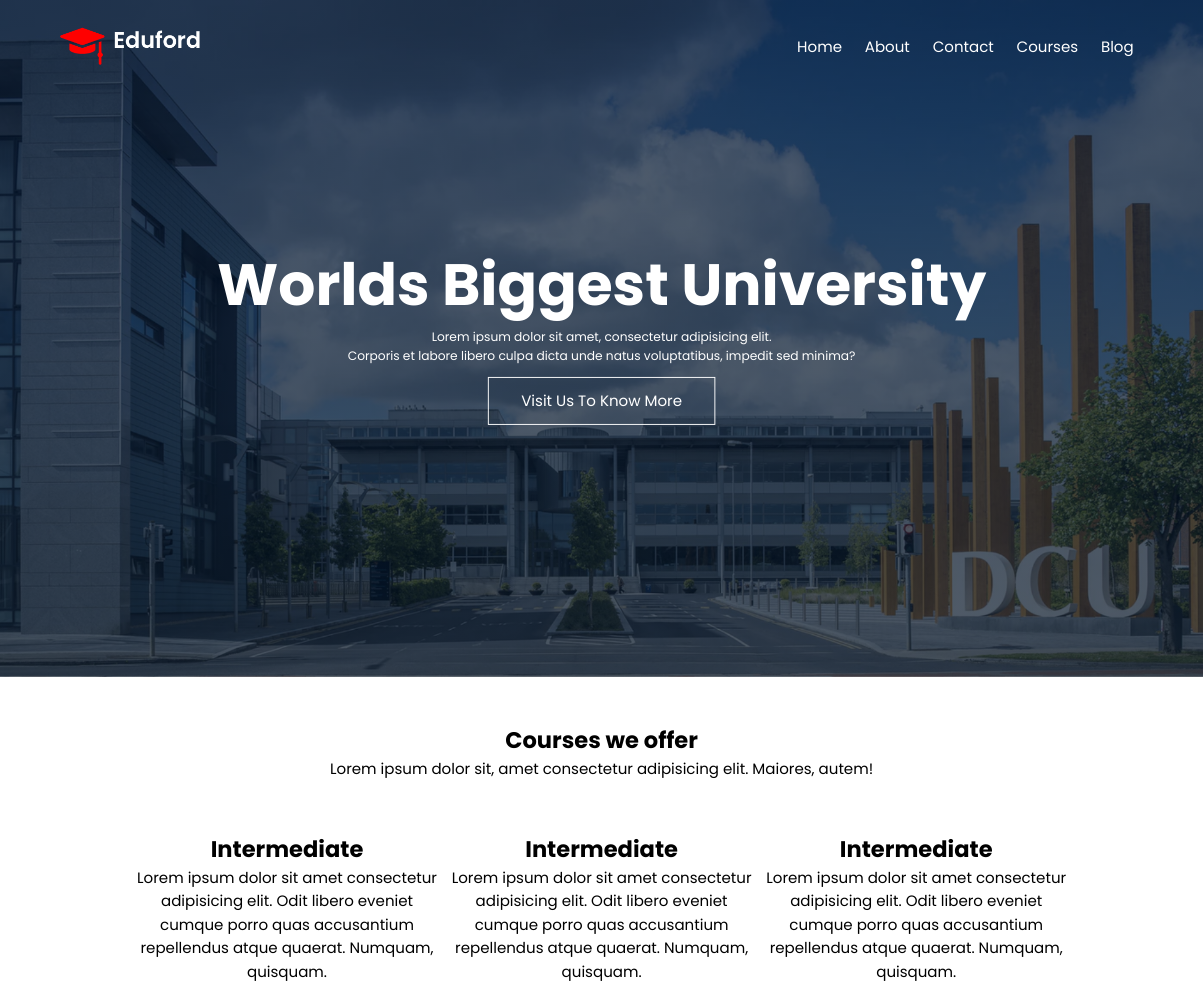
Repository: yashrajverma/Practise
Page: index.html
These files come from the project's save history. The page is drawn as it stood at one moment and after a run of saves; the edit follows.
The browser window is 1280 px wide. The pictures show the whole page, at 94% of full size.

Above is the page before, as saved 2021-04-27 12:02:04.

### index.html
<!DOCTYPE html>
<html lang="en">
  <head>
    <meta charset="UTF-8" />
    <meta name="viewport" content="width=device-width, initial-scale=1.0" />
    <title>Website</title>
    <link rel="stylesheet" href="style.css" />
    <link rel="preconnect" href="https://fonts.gstatic.com">
<link href="https://fonts.googleapis.com/css2?family=Poppins:ital,wght@0,100;0,400;0,600;0,700;1,500&display=swap" rel="stylesheet">
<link rel="stylesheet" href="https://cdn.jsdelivr.net/npm/@fortawesome/fontawesome-free@5.15.3/css/fontawesome.min.css" integrity="sha384-wESLQ85D6gbsF459vf1CiZ2+rr+CsxRY0RpiF1tLlQpDnAgg6rwdsUF1+Ics2bni" crossorigin="anonymous">
<link rel="stylesheet" href="https://cdnjs.cloudflare.com/ajax/libs/font-awesome/5.15.3/css/all.min.css" integrity="sha512-iBBXm8fW90+nuLcSKlbmrPcLa0OT92xO1BIsZ+ywDWZCvqsWgccV3gFoRBv0z+8dLJgyAHIhR35VZc2oM/gI1w==" crossorigin="anonymous" />

</head>
  <body>
    <section class="header">
        <nav>
         <a href="index.html"><img src="eduford_img/logo.png" alt="logo" class="nav-img"/></a>
          <div class="nav-links" id="navLinks">
            <i class="fa fa-times-circle" aria-hidden="true" onclick="hideMenu()"></i>
             <ul>
            <li><a href="#">Home</a></li>
            <li><a href="#">About</a></li>
            <li><a href="#">Contact</a></li>
            <li><a href="#">Courses</a></li>
            <li><a href="#">Blog</a></li>
          </ul>
          </div>
          <i class="fa fa-bars" aria-hidden="true" onclick="showMenu()"></i>
        </nav>

        <div class="text-box">
          <h1>
            Worlds Biggest University
          </h1>
          <p>
            Lorem ipsum dolor sit amet, consectetur adipisicing elit. <br>
            Corporis et labore libero culpa dicta unde natus voluptatibus, impedit sed minima?
          </p>
          <a href="#">Visit Us To Know More</a>
        </div>
    </section>

    <!-- -------------------- courses --------------------- -->

    <section class="course">
      <h1>Courses we offer</h1>
      <p>Lorem ipsum dolor sit, amet consectetur adipisicing elit. Maiores, autem!</p>
      <div class="row">
        <div class="course-col">
          <h1>Intermediate</h1>
          <p>Lorem ipsum dolor sit amet consectetur adipisicing elit.
            Odit libero eveniet cumque porro quas accusantium repellendus atque quaerat. Numquam, quisquam.</p>
        </div>
        <div class="course-col">
          <h1>Intermediate</h1>
          <p>Lorem ipsum dolor sit amet consectetur adipisicing elit.
            Odit libero eveniet cumque porro quas accusantium repellendus atque quaerat. Numquam, quisquam.</p>
        </div>
        <div class="course-col">
          <h1>Intermediate</h1>
          <p>Lorem ipsum dolor sit amet consectetur adipisicing elit.
            Odit libero eveniet cumque porro quas accusantium repellendus atque quaerat. Numquam, quisquam.</p>
        </div>
      </div>
    </section>

    <script src="app.js"></script>
  </body>
</html>

### style.css
*{
    margin: 0;
    padding: 0;
    font-family: 'Poppins', sans-serif;
}

.header{
    width: 100%;
    min-height: 100vh;
    background:linear-gradient(rgba(2, 20, 46, 0.7),rgba(5, 20, 37, 0.7)) ,url('./eduford_img/banner.png');
    background-position: fixed;
    background-size: cover;
    background-repeat: no-repeat;
    position: relative;
}
nav{
    display: flex;
    align-items: center;
    justify-content: space-between;
    padding: 2% 5%;
}
.nav-img{
    width: 150px;
}
.nav-links{
    flex:1;
    text-align: right;
}
.nav-links ul li{
    list-style: none;
    padding: 0 10px ;
    display: inline-block;
    position: relative;
}
.nav-links ul li  a{
    text-decoration: none;
    color: white;

}
.nav-links ul li::after{
    width: 0;
    height: 2px;
    content: '';
    background-color: #f44336;
    display: block;
    margin: auto;
    transition: 0.4s;
}
.nav-links ul li:hover::after{
    width: 100%;
    box-shadow: 0px 0px 13px #f44336;
}
.text-box{
    width: 90%;
    text-align: center;
    position: absolute;
    top: 50%;
    left: 50%;
    transform: translate(-50%,-50%);
    color: white;
}
.text-box h1{
    font-size: 62px;
}
.text-box p{
    font-size: 13px;
}
.text-box a{
    display: inline-block;
    padding: 12px 34px ;
    color: white;
    text-decoration: none;
    position: relative;
    margin: 12px;
    border: 1px solid white;
    background: transparent;
    transition: 0.4s;
}
.text-box a:hover{
    background: #f44336;
    border:1px solid #f44336;
    box-shadow: 0px 0px 13px #f44336;
}

nav .fa{
    display: none;
}
@media(max-width:700px){
    .text-box h1{
        font-size: 20px;
    }
    .nav-links ul li{
        display: block;
        margin: 10px;
    }
    .nav-links{
        position: absolute;
        top: 0;
        right: -200px;
        background: #f44336;
        width: 200px;
        height: 100vh;
        text-align: left;
        z-index: 2;
    }
    nav .fa{
        display: block;
        color:white;
        font-size: 24px;
        cursor: pointer;
    }
}

/* ------------------------------------- course ----------------------------- */

.course{
    text-align: center;
    margin: auto;
    margin-top: 50px;
    width: 80%;
}

.row{
    margin-top: 5%;
    display: flex;
    padding: 5px 10px;
    justify-content: space-between;
}

### app.js
var navLinks=document.getElementById('navLinks')
function hideMenu(){
    navLinks.style.right='-200px';
}
function showMenu(){
    navLinks.style.right="0"
}

After the next 2 saves:
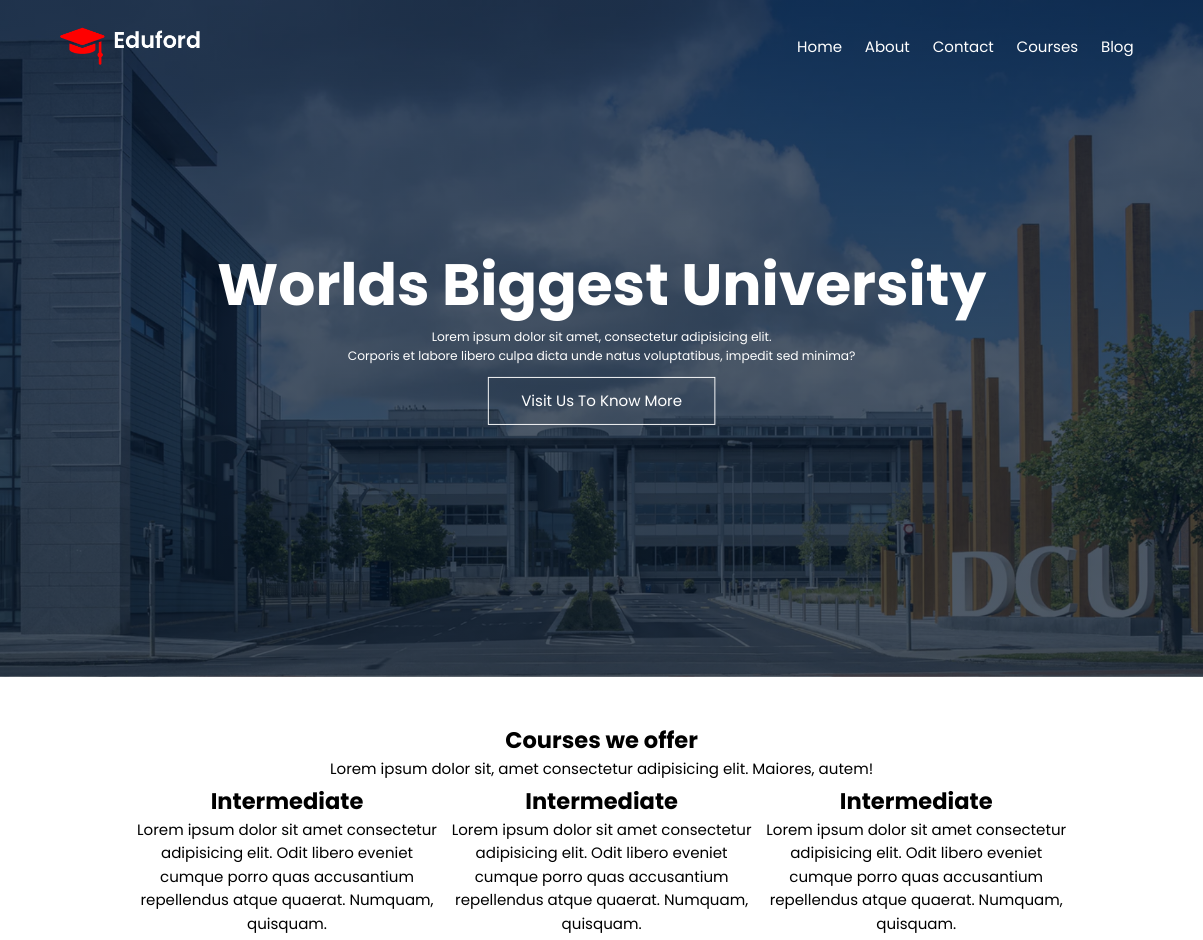
The 2 saves are shown as one change because they came seconds apart.
The last was saved 12 s later.
--- a/style.css
+++ b/style.css
@@ -123,6 +123,6 @@
 .row{
     margin-top: 5%;
     display: flex;
-    padding: 5px 10px;
+    margin: 5px 10px;
     justify-content: space-between;
 }
